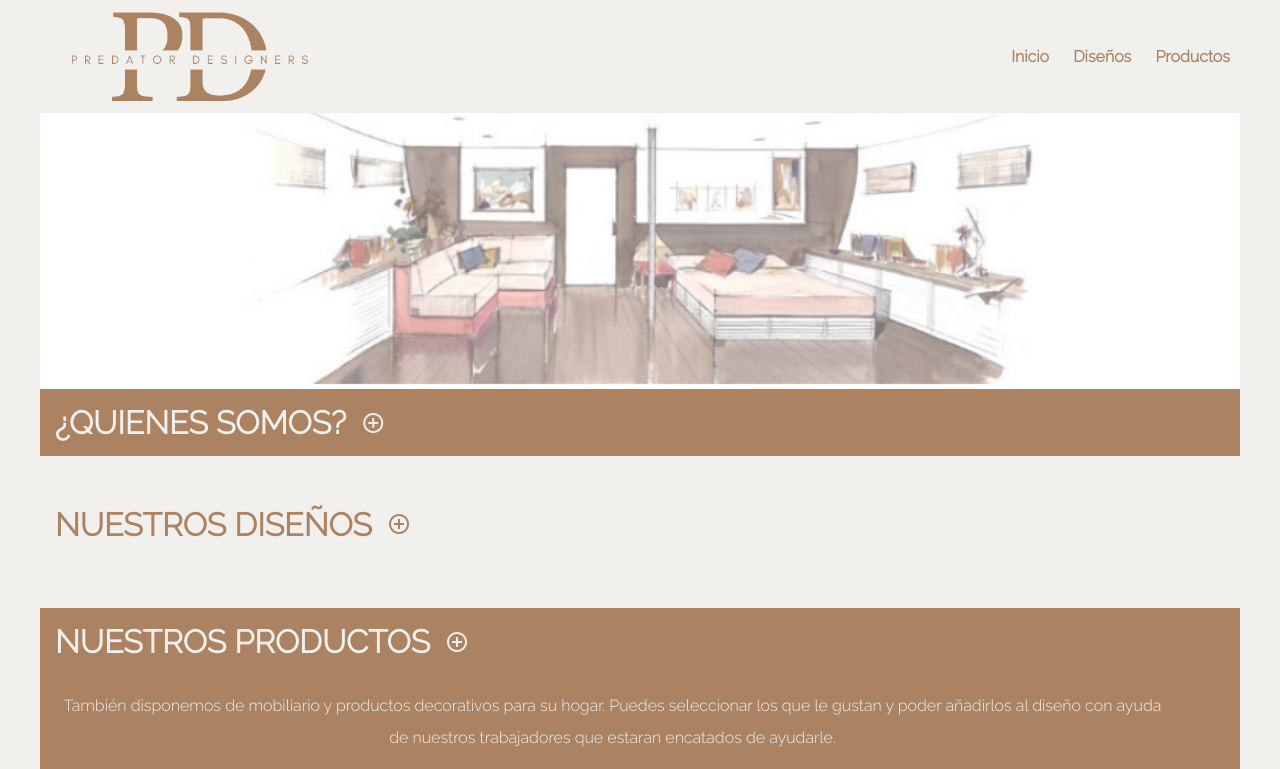
Repository: judiith-mf/dise-oInterior
Page: index.html
The author's editor kept a record of every edit. The page is drawn from the files as they stood at one moment, then again after the next edit.
The browser window is 1280 px wide. The pictures show the whole page.

Above is the page before.
Console error: TypeError: Cannot read properties of null (reading 'style')

### index.html
<html lang="en">
<head>
    <meta charset="UTF-8">
    <meta name="viewport" content="width=device-width, initial-scale=1.0">
    <title>Eponymous</title>
    <link rel="stylesheet" href="css/estilos.css">
    <link href="https://fonts.googleapis.com/css2?family=Raleway:wght@300&display=swap" rel="stylesheet">
    <link rel="stylesheet" href="https://fonts.googleapis.com/css2?family=Material+Symbols+Outlined:opsz,wght,FILL,GRAD@20..48,100..700,0..1,-50..200" />

    </head>
<body>
    <div class="contenedor">
        <div class="tit-nav">
            <div class="tit">
                <img src="imagenes/DP.png" alt="">
            </div>
            <div class="nav">
                <nav>
                    <a href="index.html">Inicio</a>
                    <a href="#">Diseños</a>
                    <a href="#">Productos</a>
                </nav>
            </div>
        </div>

        <div class="img">
            <img src="imagenes/Captura.PNG" alt="">
        </div>



            <div class="contenido">
                <div class="info">
                    <h1 class="marron" id="h1_marron">¿QUIENES SOMOS?</h1>
                    <span class="material-symbols-outlined" id="boton1">add_circle</span>
                </div>


                <div class="marron">
                    <div class="marron_texto">
                        <p id="text1">En esta empresa nos dedicamos ha hacer tus sueños realidad, o mejor dicho... ha diseñar tus sueños, tu casa de ensueño. Le atenderemos o bien, en nuestras oficinas que se encuentran en Granada y Málaga, o bien, a través de nuestro correo infoPredator@gmail.com. Esperamos poder ayudarle en todo lo que este en nuestra mano, gracias por confiar en nosotros.
                        </p>
                    </div>

                </div>

                <div class="info_blanca">
                    <h1 class="blanco" id="h1_blanco">NUESTROS DISEÑOS</h1>
                    <span class="material-symbols-outlined" id="boton_blanco">add_circle</span>
                </div>

                <div class="blanco">
                    <div class="blanco_texto">
                        <p id="text2">
                            En esta sección podrás encontrar todos los diseños que tenemos disponibles para nuestros clientes. Si alguno te gusta, simplemente nos escribes y lo adaptamos a tus necesidades o si quieres cambiar algún detalle.
                        </p>
                    </div>
                </div>

                <div class="info">
                    <h1 class="marron" id="h1_marron">NUESTROS PRODUCTOS</h1>
                    <span class="material-symbols-outlined" id="boton2">add_circle</span>
                </div>

                <div class="marron">
                    <div class="marron_texto">
                        <p id="text1">También disponemos de mobiliario y productos decorativos para su hogar. Puedes seleccionar los que le gustan y poder añadirlos al diseño con ayuda de nuestros trabajadores que estaran encatados de ayudarle.
                        </p>
                    </div>
                </div>

            </div>


    </div>
    <script src="https://cdn.jsdelivr.net/npm/bootstrap@5.3.2/dist/js/bootstrap.bundle.min.js" integrity="sha384-C6RzsynM9kWDrMNeT87bh95OGNyZPhcTNXj1NW7RuBCsyN/o0jlpcV8Qyq46cDfL" crossorigin="anonymous"></script>
    <script type="text/javascript" src="javascript/js.js"></script>
</body>
</html>

### css/estilos.css
*{
    margin: 0;
}

/*BODY*/
body{
    background-color: #F1F0ED;
    font-family: 'Raleway', sans-serif;
}
.contenedor{
    max-width: 1200px;
    margin: 0 auto;
}
/*CABECERA*/
.tit-nav{
    display: flex;
    padding: 10 0;
    justify-content: space-between;
    align-items: center;
}
    /*TITULO CABECERA*/
    .tit{
        color: #AB8262;
        font-size: 22px;
    }

    /*NAVEGACION*/

    .tit img{
        width: 300px;
    }
    .nav a{
        text-decoration: none;
        color: #AB8262;
        padding: 10;
        font-weight: bold;
        font-size: 16px;
    }

    .nav a:hover{
        text-decoration: none;
        color: #AB8262;
        padding: 10;
        font-weight: bold;
        font-size: 16px;
        background-color: white;
        border-radius: 3px;

    }


/*IMAGEN*/
.img{
    background-color: white;
    text-align: center;
}
    .img img{
        width: 800;
    }


    .contenido h1,.contenido p,.contenido a{
        padding: 15;
    }


    /*CONTENIDO*/
    .contenido{
        max-width: 100%;
    }
        .blanco, .marron{
            display: flex;
        }

        .contenido p{
            padding-right: 70;
            line-height: 2;
        }

        .contenido a{
            color: gray;
            line-height: 3;
        }


/*CUADROS DE COLORES*/
        #h1_blanco{
             padding-top: 50;
        }

        .blanco_texto{
            padding-bottom: 50;
        }
        .marron_texto p, #h1_blanco, .blanco_texto p{
            text-align: center;
        }
        .marron{
            background-color: #AB8262;
            color: #F1F0ED;

        }

        .blanco{
            background-color:#F1F0ED;
            color: #AB8262;

        }

        .info{
            display: flex;
            background-color: #AB8262;
        }
        .info_blanca{
            display: flex;
            background-color: #F1F0ED;
        }

        .material-symbols-outlined{
            padding-top: 22px;
            color: #F1F0ED;
        }

        #boton_blanco{
            color: #AB8262;
            background-color: #F1F0ED;
            padding-top: 56px;
        }

### javascript/js.js
let boton1 = document.getElementById('boton1');
let texto1 = document.getElementById('text1');

let boton2 = document.getElementById('boton_blanco');
let texto2 = document.getElementById('text2');

let boton3 = document.getElementById('boton3');
let texto3 = document.getElementById('text3');

window.onload = function (){
    texto1.style.display='none';
    boton1.onclick = seguirLey1;

    texto2.style.display='none';
    boton2.onclick = seguirLey2;

    texto3.style.display='none';
    boton3.onclick = seguirLey3;
}

function seguirLey1() {
    texto1.style.display="block";
}

function seguirLey2() {
    texto2.style.display="block";
}

function seguirLey3() {
    texto3.style.display="block";
}

After the next edit:
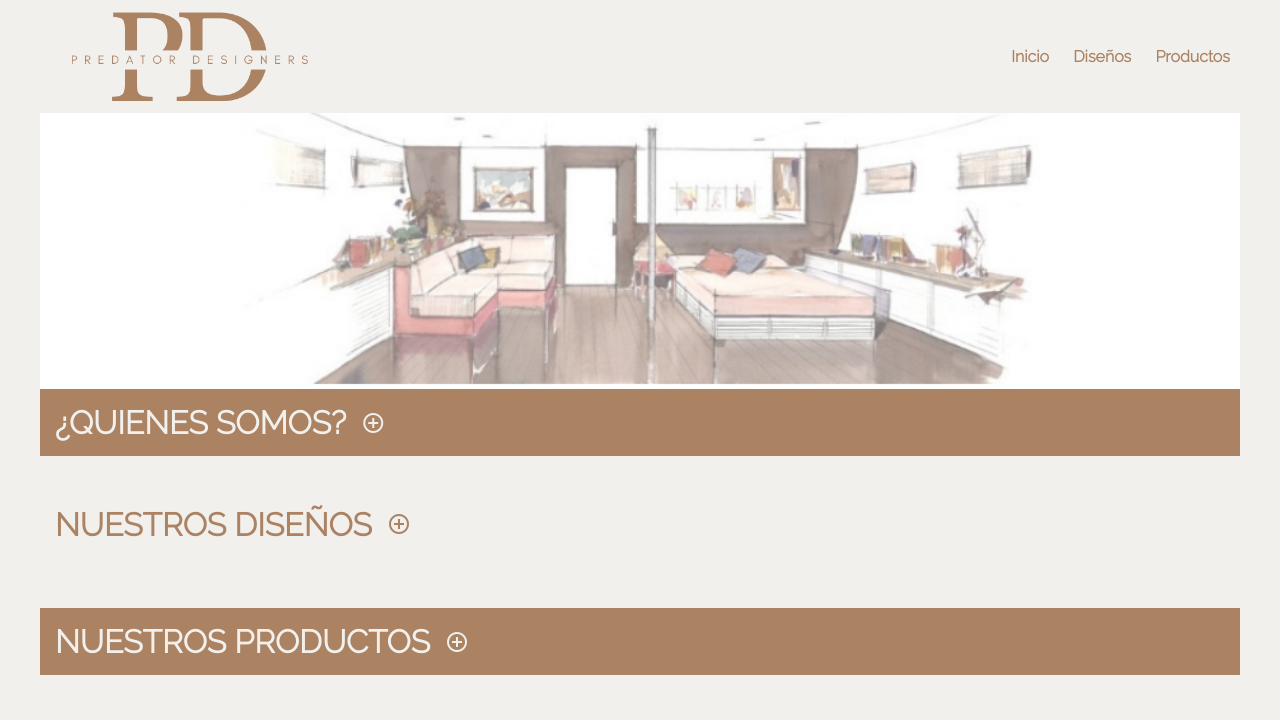
Console error: TypeError: Cannot set properties of null (setting 'onclick')
The edit:
--- a/index.html
+++ b/index.html
@@ -64,7 +64,7 @@
 
                 <div class="marron">
                     <div class="marron_texto">
-                        <p id="text1">También disponemos de mobiliario y productos decorativos para su hogar. Puedes seleccionar los que le gustan y poder añadirlos al diseño con ayuda de nuestros trabajadores que estaran encatados de ayudarle.
+                        <p id="text3">También disponemos de mobiliario y productos decorativos para su hogar. Puedes seleccionar los que le gustan y poder añadirlos al diseño con ayuda de nuestros trabajadores que estaran encatados de ayudarle.
                         </p>
                     </div>
                 </div>
